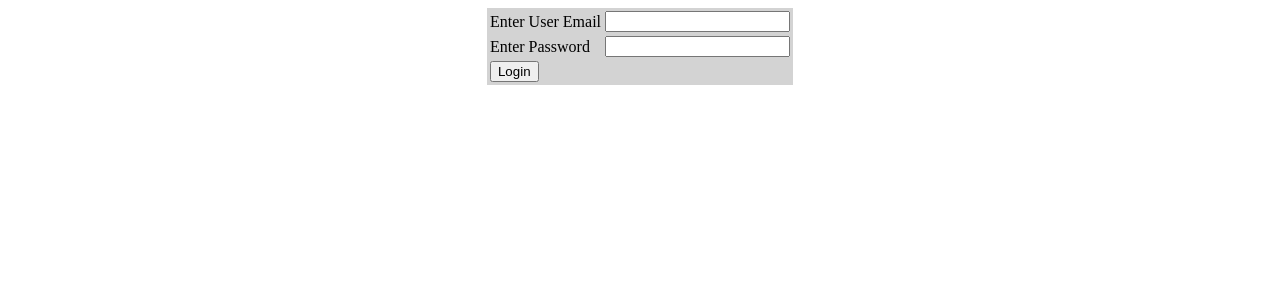
Repository: DAC-Sept2022-SagarPokale-70466/05_J2EE
Page: Day_03/src/main/webapp/register.html
An editor plug-in stored every save of this project. The page is shown before and after the next save, followed by the edit.
The browser window is 1280 px wide. The pictures show the whole page.

Above is the page before, as saved 2022-11-24 16:29:57.

### Day_03/src/main/webapp/register.html
<!DOCTYPE html>
<html>
<head>
<meta charset="ISO-8859-1">
<title>Insert title here</title>
</head>
<body>

 <form action="signUp" method="post">
      <table style="background-color: lightgrey; margin: auto">
        <tr>
          <td>Enter User Email</td>
          <td><input type="text" name="email" /></td>
        </tr>
        <tr>
          <td>Enter Password</td>
          <td><input type="password" name="pass" /></td>
        </tr>

        <tr>
          <td><input type="submit" value="Login" /></td>
        </tr>
      </table>
    </form>

</body>
</html>

After the next save:
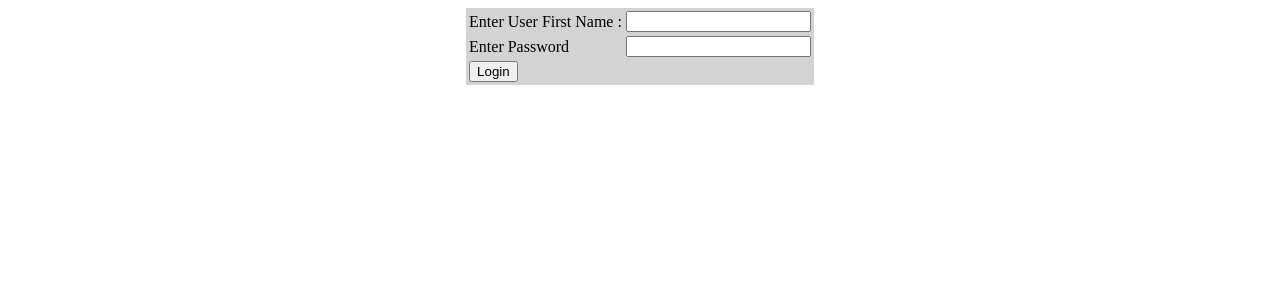
Saved 2 min 22 s later.
--- a/Day_03/src/main/webapp/register.html
+++ b/Day_03/src/main/webapp/register.html
@@ -9,7 +9,7 @@
  <form action="signUp" method="post">
       <table style="background-color: lightgrey; margin: auto">
         <tr>
-          <td>Enter User Email</td>
+          <td>Enter User First Name : </td>
           <td><input type="text" name="email" /></td>
         </tr>
         <tr>
